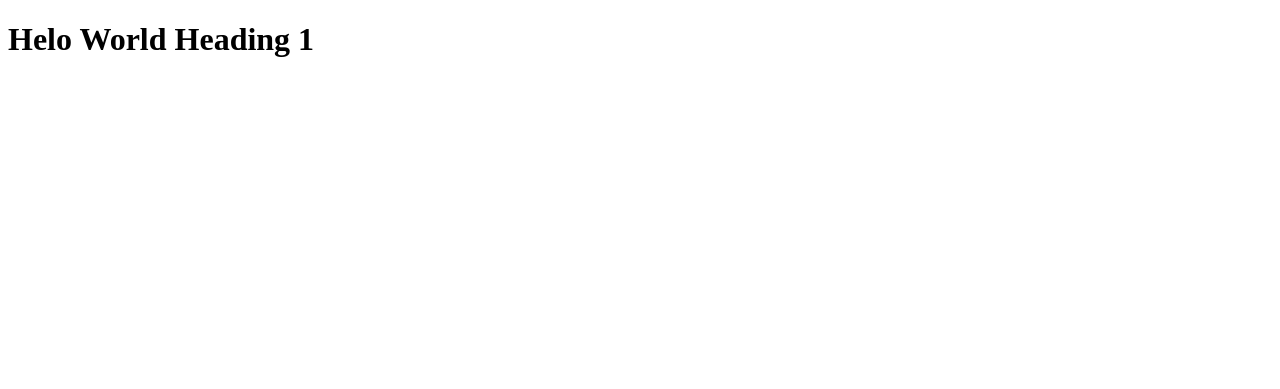
Repository: Gibekkk/WebPro
Page: Tugas HTML 1/index.html
The author's editor kept a copy of each file at every save. The page is drawn from the files as they stood at one save, then again after a run of saves.
The browser window is 1280 px wide. The pictures show the whole page.

Above is the page before, as saved 2024-03-25 09:25:13.

### Tugas HTML 1/index.html
<!DOCTYPE html>
<html lang="en">

<head>
    <meta charset="UTF-8">
    <meta name="viewport" content="width=device-width, initial-scale=1.0">
    <title>Document</title>
</head>

<body>
    <h1>Helo World Heading 1</h1>
</body>

</html>

After the next 4 saves:
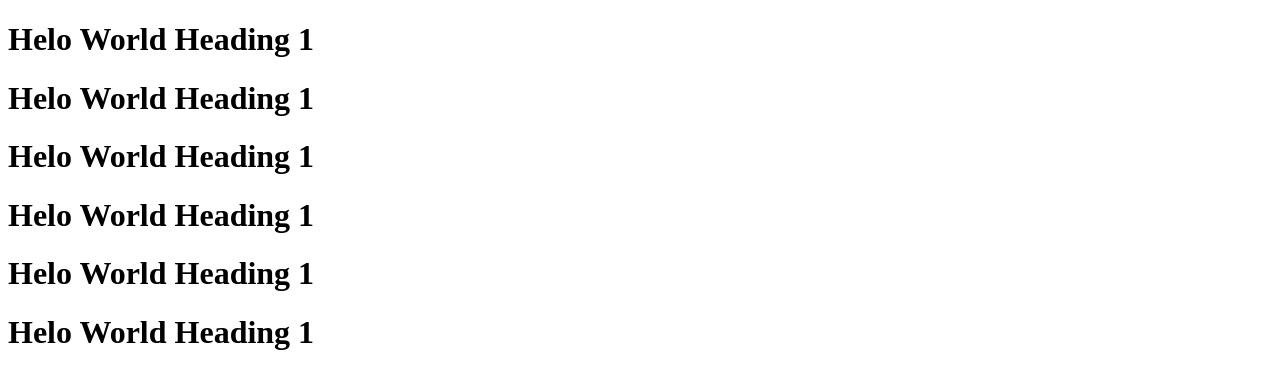
The 4 saves are shown as one change because they came seconds apart.
The last was saved 8 s later.
--- a/Tugas HTML 1/index.html
+++ b/Tugas HTML 1/index.html
@@ -9,6 +9,11 @@
 
 <body>
     <h1>Helo World Heading 1</h1>
+    <h1>Helo World Heading 1</h1>
+    <h1>Helo World Heading 1</h1>
+    <h1>Helo World Heading 1</h1>
+    <h1>Helo World Heading 1</h1>
+    <h1>Helo World Heading 1</h1>
 </body>
 
 </html>
